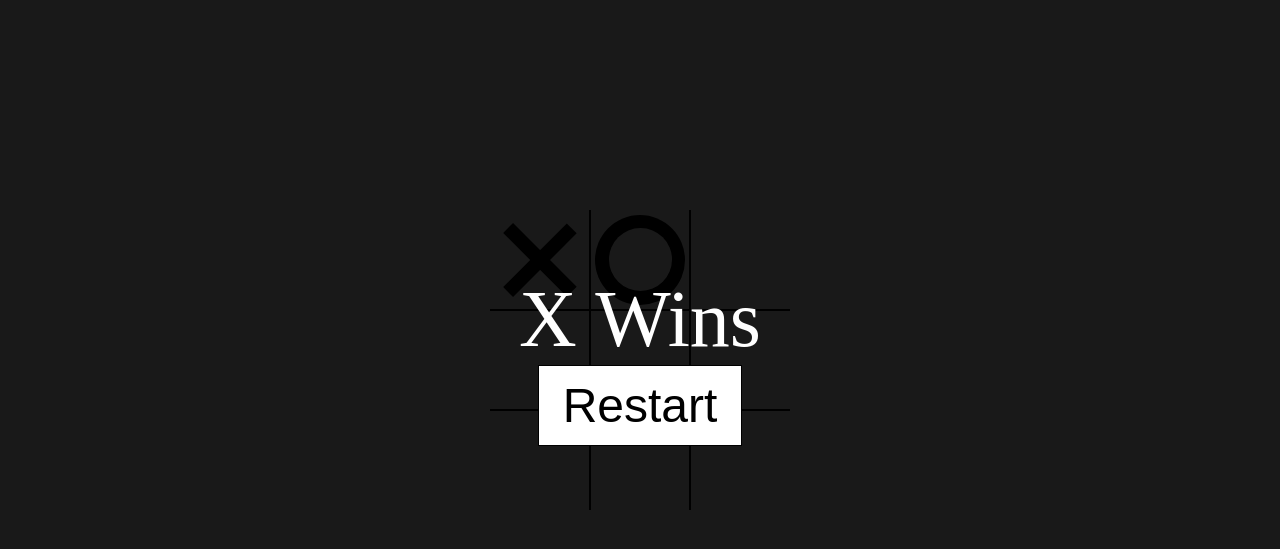
Repository: kate30980/pratice-tictactoe
Page: index.html
An editor plug-in stored every save of this project. The page is shown before and after the next save, followed by the edit.
The browser window is 1280 px wide. The pictures show the whole page.

Above is the page before, as saved 2021-08-05 22:36:16.
Not found: script.js

### index.html
<!DOCTYPE html>
<html lang="en">
<head>
    <meta charset="UTF-8">
    <meta http-equiv="X-UA-Compatible" content="IE=edge">
    <meta name="viewport" content="width=device-width, initial-scale=1.0">
    <link rel="stylesheet" href="styles.css">
    <script src="script.js" defer></script>
    <title>Tic Tac Toe</title>
</head>
<body>
    <div class="board circle" id="board">
        <div class="cell x" data-cell></div>
        <div class="cell circle" data-cell></div>
        <div class="cell" data-cell></div>
        <div class="cell" data-cell></div>
        <div class="cell" data-cell></div>
        <div class="cell" data-cell></div>
        <div class="cell" data-cell></div>
        <div class="cell" data-cell></div>
        <div class="cell" data-cell></div>
    </div>
    <div class="winning-message">
        <div data-wining-message-text>X Wins</div>
        <button id="restartButton">Restart</button>
    </div>
</body>
</html>

### styles.css
*,
*::after,
*::before {
  box-sizing: border-box;
}
:root {
  --cell-size: 100px;
  --mark-size: calc(var(--cell-size) * 0.9);
  /* do this because we want this mark size to be 90% of the cell size */
}
body {
  margin: 0;
}
.board {
  width: 100vw;
  height: 100vh;
  display: grid;
  justify-content: center;
  align-content: center;
  justify-items: center;
  align-items: center;
  grid-template-columns: repeat(3, auto);
}
.cell {
  width: var(--cell-size);
  height: var(--cell-size);
  border: 1px solid black;
  display: flex;
  justify-content: center;
  align-items: center;
  position: relative;
  cursor: pointer;
}
.cell:first-child,
.cell:nth-child(2),
.cell:nth-child(3) {
  border-top: none;
}

.cell:nth-child(3n + 1) {
  border-left: none;
}
.cell:nth-child(3n + 3) {
  border-right: none;
}
.cell:last-child,
.cell:nth-child(8),
.cell:nth-child(7) {
  border-bottom: none;
}
.cell.x,
.cell.circle {
  cursor: not-allowed;
}

.cell.x::before,
.cell.x::after,
.cell.circle::before {
  background-color: black;
}

.board.x .cell:not(.x):not(.circle):hover::before,
.board.x .cell:not(.x):not(.circle):hover::after,
.board.circle .cell:not(.x):not(.circle):hover::before {
  background-color: lightgrey;
}

.cell.x::before,
.cell.x::after,
.board.x .cell:not(.x):not(.circle):hover::before,
.board.x .cell:not(.x):not(.circle):hover::after {
  content: "";
  position: absolute;
  width: calc(var(--mark-size) * 0.15);
  height: var(--mark-size);
  /* background-color: black; */
}
.cell.x::before,
.board.x .cell:not(.x):not(.circle):hover::before {
  transform: rotate(45deg);
}
.cell.x::after,
.board.x .cell:not(.x):not(.circle):hover::after {
  transform: rotate(-45deg);
}

.cell.circle::before,
.cell.circle::after,
.board.circle .cell:not(.x):not(.circle):hover::before,
.board.circle .cell:not(.x):not(.circle):hover::after {
  content: "";
  position: absolute;
  border-radius: 50%;
}
.cell.circle::before,
.board.circle .cell:not(.x):not(.circle):hover::before {
  width: var(--mark-size);
  height: var(--mark-size);
  /* background-color: black; */
}
.cell.circle::after,
.board.circle .cell:not(.x):not(.circle):hover::after {
  width: calc(var(--mark-size) * 0.7);
  height: calc(var(--mark-size) * 0.7);
  background-color: white;
}

.winning-message {
  position: fixed;
  top: 0;
  left: 0;
  right: 0;
  bottom: 0;
  background-color: rgba(0, 0, 0, 0.9);
  display: flex;
  justify-content: center;
  align-items: center;
  color: white;
  font-size: 5rem;
  flex-direction: column;
}
.winning-message button {
  font-size: 3rem;
  background-color: white;
  border: 1px solid black;
  padding: 0.25em 0.5em;
  cursor: pointer;
}
.winning-message button:hover {
  background-color: black;
  color: white;
  border-color: white;
}

After the next save:
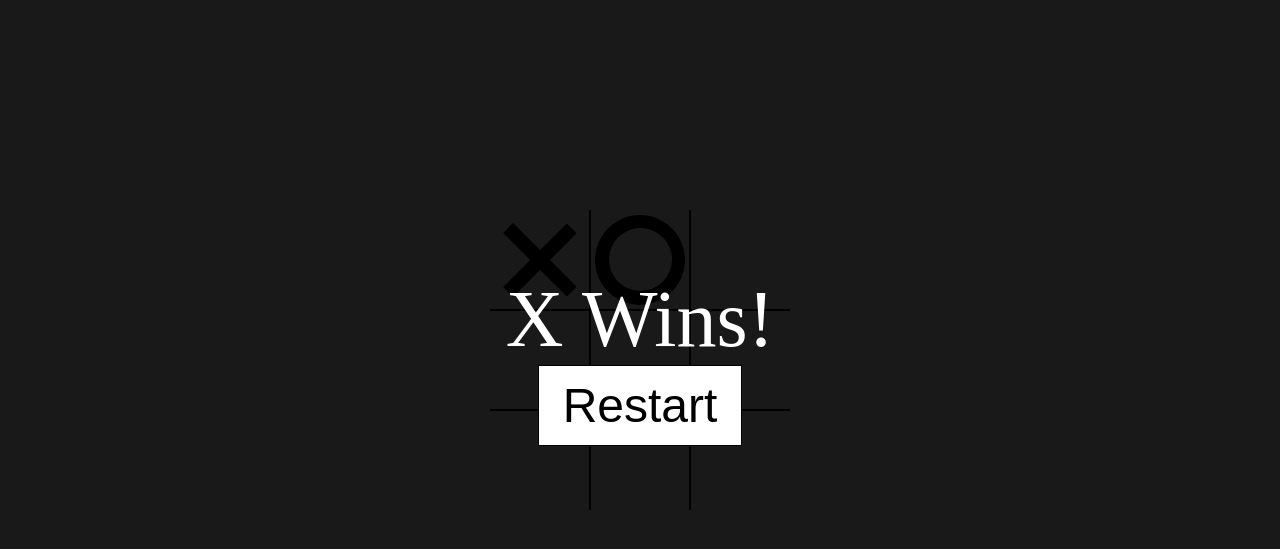
Saved 6 s later.
--- a/index.html
+++ b/index.html
@@ -21,7 +21,7 @@
         <div class="cell" data-cell></div>
     </div>
     <div class="winning-message">
-        <div data-wining-message-text>X Wins</div>
+        <div data-wining-message-text>X Wins!</div>
         <button id="restartButton">Restart</button>
     </div>
 </body>
